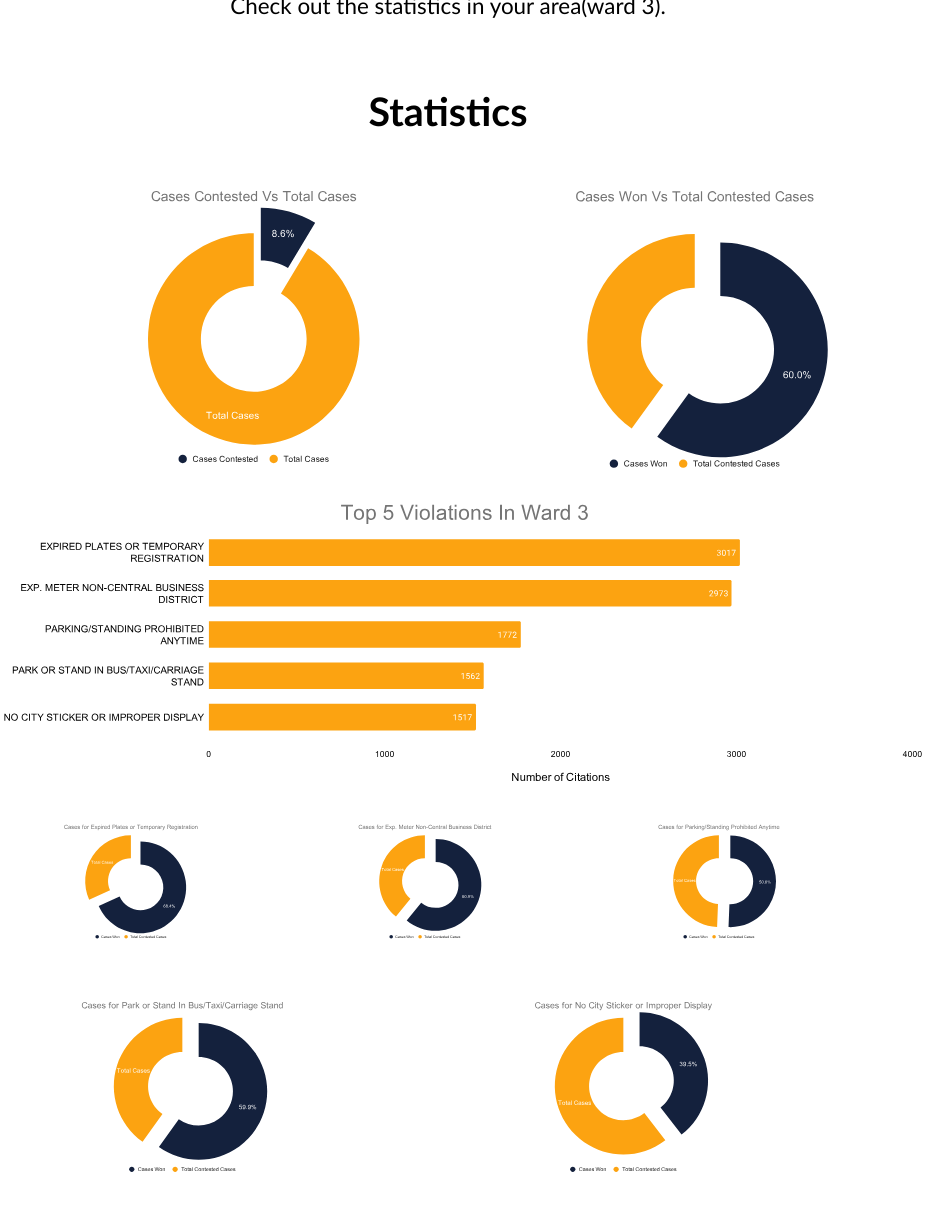
Repository: rdass1/COM421-FinalProject
Page: Website/index.html
An editor plug-in stored every save of this project. The page is shown before and after a run of saves, followed by the edit.
The browser window is 1280 px wide. The page is 1348 px wide, so the pictures cover 1348 px, including what lies to the right of the window. The pictures show the part of the page from y = 829 to 2669 px (the page is 2563 px tall before and 2669 px after), at 70% of full size.

Above is the page before, as saved 2021-05-12 05:09:45.
Console error: TypeError: Cannot read properties of undefined (reading 'style')

### Website/index.html
<!DOCTYPE html>
<html>
    <head>
        <meta charset="UTF-8">
        <meta name="description" content="Take It To the Streets is a non-profit organization that helps people find information on how to fight their tickets. ">
        <meta name="author" content="Group 2">
        <meta name="viewport" content="width=device-width, initial-scale=1.0">
        <link rel="stylesheet" type="text/css" href="css/index.css">
        <script src="javascript/index.js"></script>
        <title>Take It To The Streets</title>
    </head>
    <body class = "container">
        <div class="header">
            <div id = "navbar">
                <nav>
                    <ul>
                        <li><a href="#about">About</a></li>
                        <li><a href="#statistics">Statistics</a></li>
                        <li><a href="#resources">Resources</a></li>
                        <li><a href="#contact">Contact</a></li>
                    </ul>

                </nav>
            </div>
        </div>
        <div id="home" class="home-image">
            <div id="title">
                <h1>Stand Your Ground</h1>
                <h2>Learn how you can fight back</h2>
            </div>

        </div>
        <div id="about">
            <h3>About</h3>
            <p>Have you ever received a ticket and we're unable pay the ticket? Did you know that you can contest all tickets you receive in court! This may seem like a very challenging task, but <em>Take It To The Streets</em> is here to help! We'll take you through the step by step process in order to fight for your ticket. We're on your side and will make sure you get the best possible outcome you can. Still not convinced? Check out the statistics in your area(ward 3). </p>
        </div>
        <div id="statistics" class="statistics-container">
            <div id="statistics-container-item-header"><h3>Statistics</h3></div>
            <div id="statistics-container-item-1">
                <img src="images/Cases Contested Vs Total Cases.svg">
            </div>
            <div id="statistics-container-item-2">
                <img src="images/Cases Won Vs Total Contested Cases.svg">
            </div>
            <div id="statistics-container-item-3">
                <img src="images/Top 5 Violations In Ward 3.svg">
            </div>

            <div id="statistics-container-item-4">
                <div class="statistics-container-item-4-flex">
                    <div class ="statistics-container-item-4-flex-container">
                        <img src="images/Cases for Expired Plates or Temporary Registration.svg">
                    </div>
                    <div class ="statistics-container-item-4-flex-container">
                        <img src="images/Cases for Exp. Meter Non-Central Business District.svg">
                    </div>
                    <div class ="statistics-container-item-4-flex-container">
                        <img src="images/Cases for Parking_Standing Prohibited Anytime.svg">
                    </div>

                </div>

            </div>
            <div id="statistics-container-item-5">
                <div class="statistics-container-item-4-flex">
                    <div class ="statistics-container-item-4-flex-container">
                        <img src="images/Cases for Park or Stand In Bus_Taxi_Carriage Stand.svg">
                    </div>
                    <div class ="statistics-container-item-4-flex-container">
                        <img src="images/Cases for No City Sticker or Improper Display.svg">
                    </div>

                </div>

            </div>
            <!-- <div id="statistics-container-item-7">

            </div>
            <div id="statistics-container-item-8">

            </div> -->
        </div>
    </body>
</html>

### Website/css/index.css
html{
    scroll-behavior: smooth;
    font-family: 'Gill Sans', 'Gill Sans MT', Calibri, 'Trebuchet MS', sans-serif;
}

.container{
    margin:0px;
    display:grid;
    grid-template-columns: 1fr;
}

.header{
    background-color: #fca311;
    width: 100%;
    display: flex;
    justify-content: flex-start;
    margin: 0px;
    padding: 0px;
    z-index: 100;
}

#navbar nav{
    display: flex;


}

#navbar ul{
    height:inherit;
    margin: 0px;
    padding: 0px;
    overflow: hidden;
    list-style: none;
}

#navbar li{
    margin: 0px;
    font-size: 1.5rem;
    float:left;

}

#navbar a{
    display: block;
    color: white;
    text-decoration: none;
    padding: 20px 20px 20px 20px;
}

#navbar li:hover{
    background-color: #cf323f;
}


.home-image{
    display: grid;
    width:100%;
    height:60vh;
    background-image: url("/Website//images/pic5.png");
    background-repeat: no-repeat;
    background-size: cover;
    background-position: 0% 100%;

    grid-template-columns: auto;
    grid-template-rows: auto;
    grid-template-areas:
    ". . . . . . ."
    ". . header . . . ."
    ". . . . . . ."
    ". . . . . . ."


    ;

}


#title{
    grid-area: header;
}

#title h1{
    font-size: 8rem;
    color:white;
    margin: 0px;
    padding: 0px;
    text-shadow: 2px 2px 15px #2e2e2e;
}

.home-image h2{
    margin: 0px;
    padding: 0px;
    font-size: 3rem;
    color:white;
    text-shadow: 2px 2px 15px #2e2e2e;
}





.home-image img{
    width: 100%;
    height: 60%;
    object-fit: cover;
    object-position: 0px 100%;
    z-index: 10;
}



#about h3{
    text-align: center;
    font-size: 3rem;
    margin-bottom:15px;
}

#about p{
    text-align: center;
    margin-top:0px;
    margin-left:60px;
    margin-right:60px;
    font-size: 2rem;
}

.statistics-container{
    margin:10px;
    display: grid;
    grid-template-rows: 0fr 1/3fr 1/3fr 1/3fr 1/3fr;
    grid-template-columns: 1fr 1fr;
    justify-content: center;
    justify-items: center;


}

.statistics-container-item{
    background-color:#cf323f;


}

.statistics-container-item img{
    width: 100%;
    height: 100%;
}

#statistics-container-item-header{
    grid-column: 1 / span 2;
    grid-row: 1 / 1;
    font-size: 3rem;
    text-align: center;



}

#statistics-container-item-1{
    grid-column: 1 / span 1;
    grid-row: 2/ 2;
}
#statistics-container-item-2{
    grid-column: 2 / span 2;
    grid-row: 2/ 2;
}
#statistics-container-item-3{
    grid-column: 1 / span 2;
    grid-row: 3/ 3;
}

#statistics-container-item-4{
    grid-column: 1 / span 2;
    grid-row: 4/ 4;
}
#statistics-container-item-5{
    grid-column: 1 / span 2;
    grid-row: 5/ 5;
}

.statistics-container-item-4-flex{
    display: flex;
    justify-content: center;
    justify-items: center;

}
.statistics-container-item-4-flex-container img{
    width: 70%;
    height: auto;
    margin: 30px;
}

### Website/javascript/index.js
var slideIndex = 0;

showSlides();

function showSlides(){
    var i;
    var slides = document.getElementsByClassName("mySlides");
    var dots = document.getElementsByClassName("dot");
  for (i = 0; i < slides.length; i++) {
    slides[i].style.display = "none";
  }
  slideIndex++;
  if (slideIndex > slides.length) {slideIndex = 1}
  for (i = 0; i < dots.length; i++) {
    dots[i].className = dots[i].className.replace(" active", "");
  }
  slides[slideIndex-1].style.display = "block";
  dots[slideIndex-1].className += " active";
  setTimeout(showSlides, 2000);

  for(var i = 0; i<10; i++){
      console.log(i);
  }
}

After the next 2 saves:
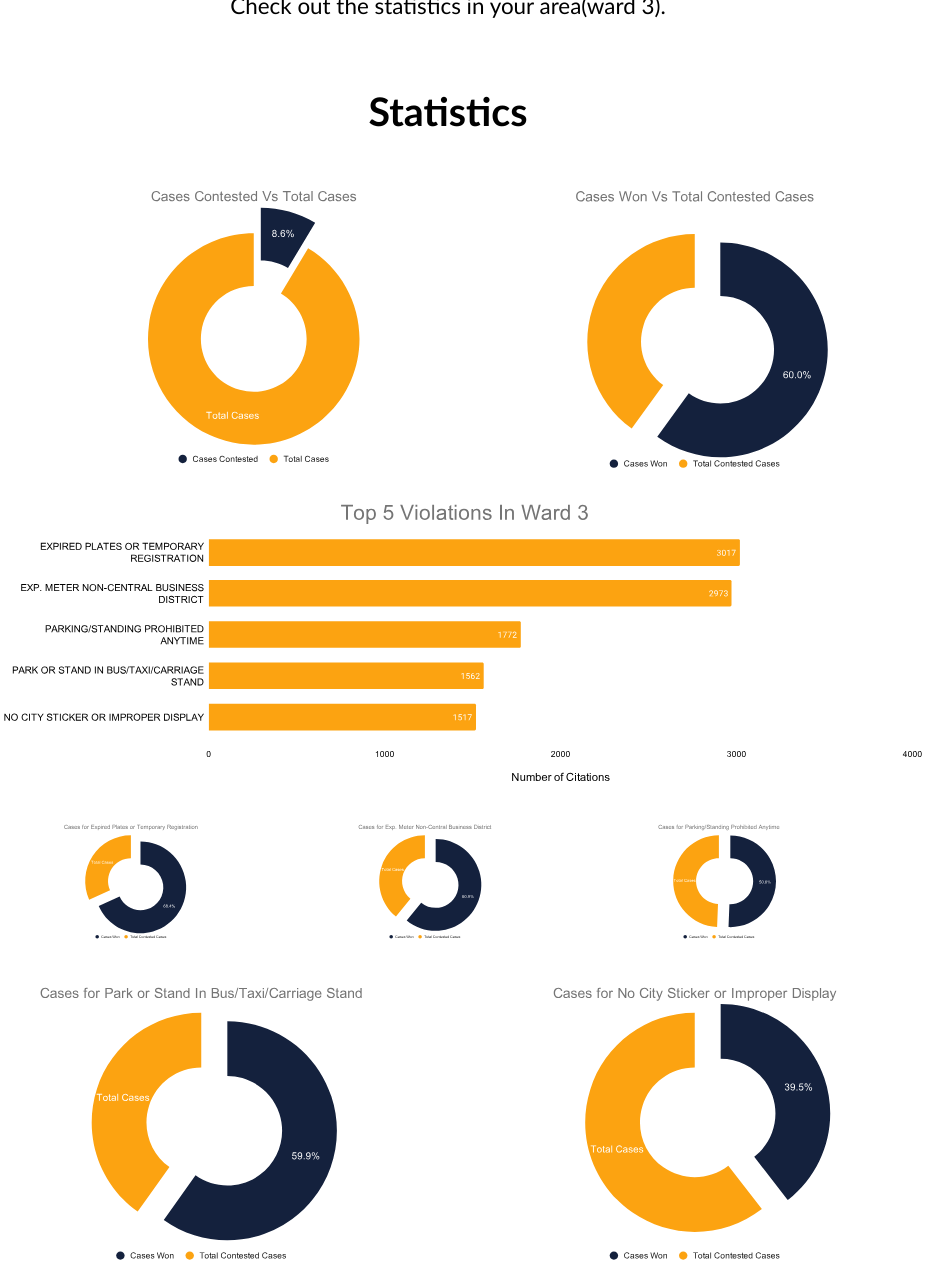
The 2 saves are shown as one change because they came seconds apart.
The last was saved 51 s later.
--- a/Website/index.html
+++ b/Website/index.html
@@ -63,10 +63,10 @@
             </div>
             <div id="statistics-container-item-5">
                 <div class="statistics-container-item-4-flex">
-                    <div class ="statistics-container-item-4-flex-container">
+                    <div class ="statistics-container-item-5-flex-container">
                         <img src="images/Cases for Park or Stand In Bus_Taxi_Carriage Stand.svg">
                     </div>
-                    <div class ="statistics-container-item-4-flex-container">
+                    <div class ="statistics-container-item-5-flex-container">
                         <img src="images/Cases for No City Sticker or Improper Display.svg">
                     </div>
 

After the 2 saves that followed:
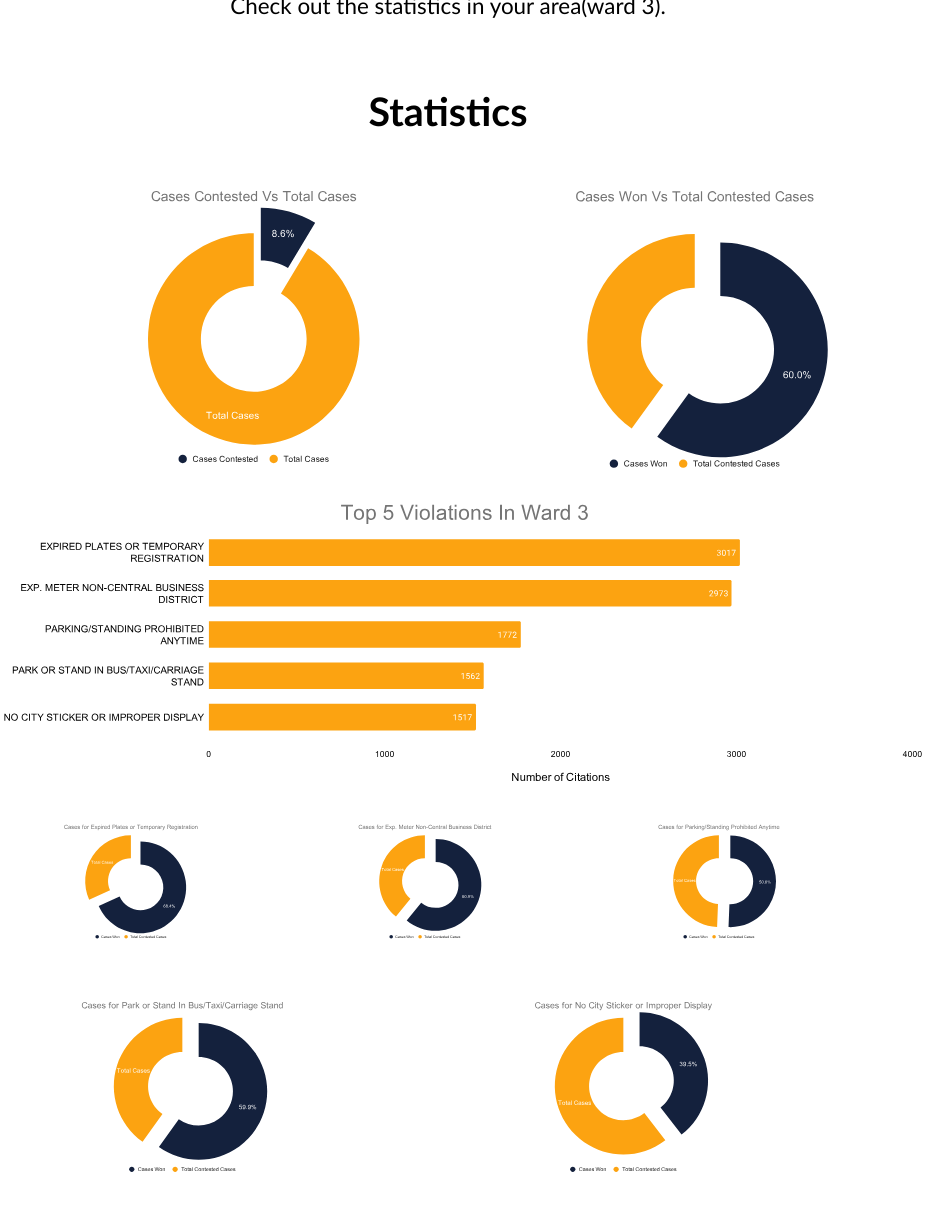
The 2 saves are shown as one change because they came seconds apart.
The last was saved 7 s later.
--- a/Website/css/index.css
+++ b/Website/css/index.css
@@ -188,3 +188,9 @@ html{
     height: auto;
     margin: 30px;
 }
+
+.statistics-container-item-5-flex-container img{
+    width: 70%;
+    height: auto;
+    margin: 30px;
+}
